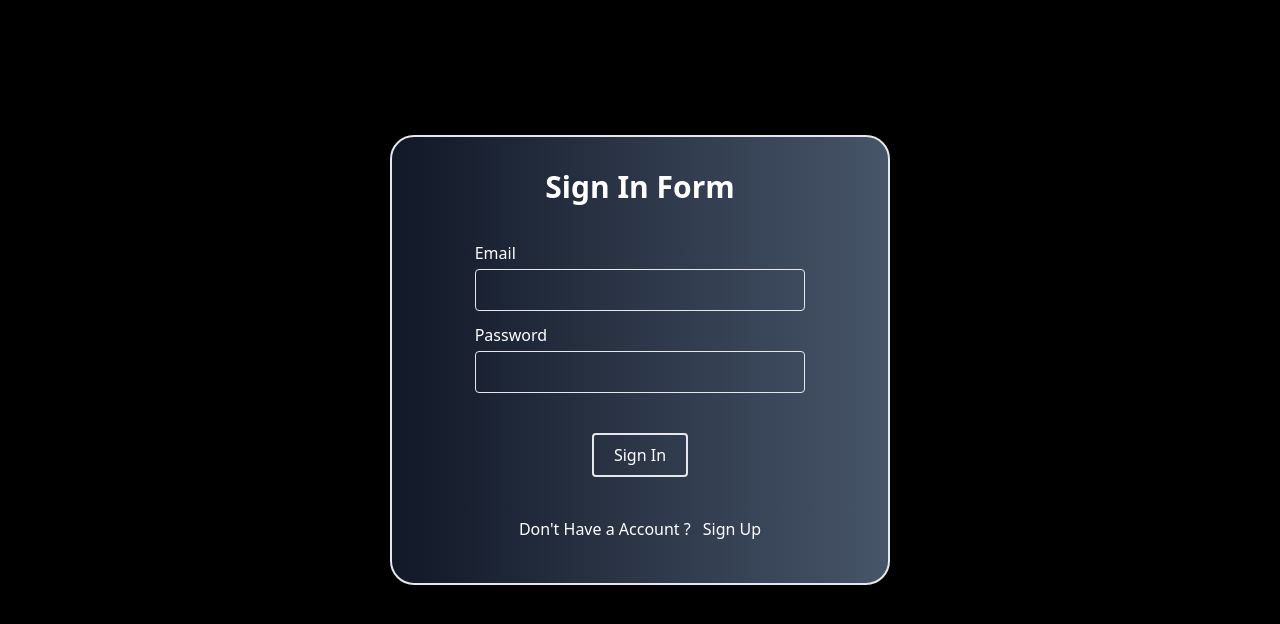
Repository: OmkarTidke8080/Assessment
Page: /sign-in (app in frontend/)
The author's editor kept a copy of each file at every save. The page is drawn from the files as they stood at one save, then again after a run of saves.
The browser window is 1280 px wide. The pictures show the whole page.
The project was rebuilt for these pictures with package versions that can differ from the ones it lists, and the page was loaded fresh each time. Also part of the build but not shown: frontend/vite.config.js, frontend/src/components/HomePage.jsx, frontend/src/components/SignUp.jsx.

Above is the page before, as saved 2024-10-19 22:38:16.

### frontend/src/App.jsx
import { useEffect, useState } from "react";
import "./App.css";
import LandingPage from "./components/HomePage.jsx";
import SignUp from "./components/SignUp.jsx";
import { BrowserRouter, Routes, Route } from "react-router-dom";
import ScaleLoader from "react-spinners/ScaleLoader";
import SignIn from "./components/SignIn.jsx";

function App() {
  const [isLoading, setIsLoading] = useState(true);

  useEffect(() => {
    const timer = setTimeout(() => {
      setIsLoading(false);
    }, 2000);

    return () => clearTimeout(timer);
  });
  return (
    <>
      {isLoading ? (
        <div
          style={{
            display: "flex",
            justifyContent: "center",
            alignItems: "center",
            height: "100vh",
            backgroundColor: "#fff",
          }}
        >
          {" "}
          <ScaleLoader />
        </div>
      ) : (
        <BrowserRouter>
          <Routes>
            <Route path={"/"} element={<LandingPage />} />
            <Route path={"/sign-up"} element={<SignUp />} />
            <Route path={"/sign-in"} element={<SignIn />} />
          </Routes>
        </BrowserRouter>
      )}
    </>
  );
}

export default App;

### frontend/src/App.css
html, body {
  height: 100%;
  margin: 0;
}

#root {
  background: #000;
  min-height: 100vh; /* Use 100vh for full viewport height */
}

### frontend/src/components/SignIn.jsx
import React from "react";
import { useNavigate } from "react-router-dom";

function SignIn() {
  const navigate = useNavigate();

  return (
    <div className="flex justify-center items-center h-screen">
      <div className="form h-[450px] w-[500px] border-2 rounded-3xl text-white  bg-gradient-to-r from-gray-900 to-slate-600 ">
        <div className="form-heading text-center mt-8 mb-6">
          <h1 className="text-3xl font-bold text-white mb-2">Sign In Form</h1>
        </div>
        <form>
          <div className="flex justify-center">
            <div className="w-2/3">
              <div className="mt-3 w-full">
                <label htmlFor="email" className=" flex mb-1">
                  Email
                </label>
                <input
                  type="text"
                  id="email"
                  className="text-white bg-inherit w-full flex border rounded p-2"
                  required
                />
              </div>

              <div className="mt-3 w-full">
                <label htmlFor="username" className=" flex mb-1">
                  Password
                </label>
                <input
                  type="text"
                  id="FistName"
                  className="text-white bg-inherit w-full flex border rounded p-2"
                  required
                />
              </div>
              <div className="forgot-password">

              </div>
            </div>
          </div>

          <div className="sign-up-button flex justify-center m-10">
            <button className="border-2 rounded p-2 w-24 hover:border-green-700 ">
              Sign In
            </button>
          </div>
          <div className="AlreadyAccount flex justify-center gap-x-3">
            <h2>Don't Have a Account ?</h2>
            <button
              onClick={() => {
                navigate("/sign-up");
              }}
            >
              Sign Up
            </button>
          </div>
        </form>
      </div>
    </div>
  );
}

export default SignIn;

Loaded but not shown: frontend/index.html (common file); frontend/src/main.jsx (common file); frontend/src/index.css (common file); frontend/tailwind.config.js (common file)

After the next 7 saves:
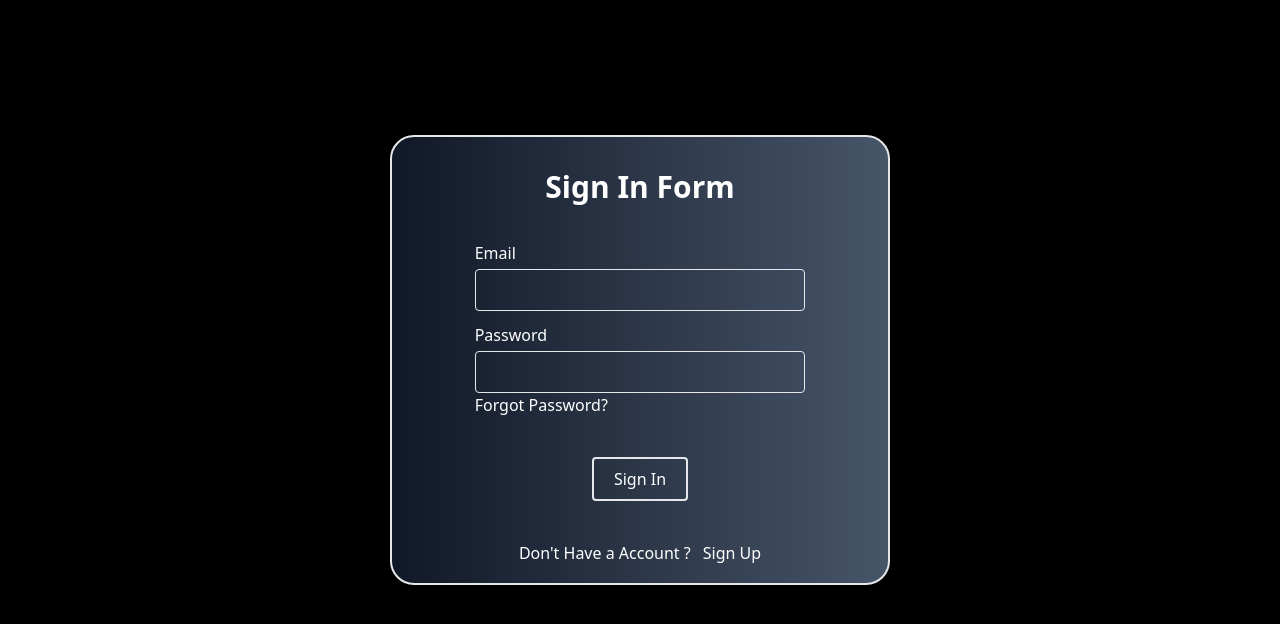
The 7 saves are shown as one change because they came seconds apart.
The last was saved 23 s later.
--- a/frontend/src/components/SignIn.jsx
+++ b/frontend/src/components/SignIn.jsx
@@ -37,7 +37,10 @@ function SignIn() {
                 />
               </div>
               <div className="forgot-password">
+                <button>
 
+                </button>
+                   Forgot Password?
               </div>
             </div>
           </div>
